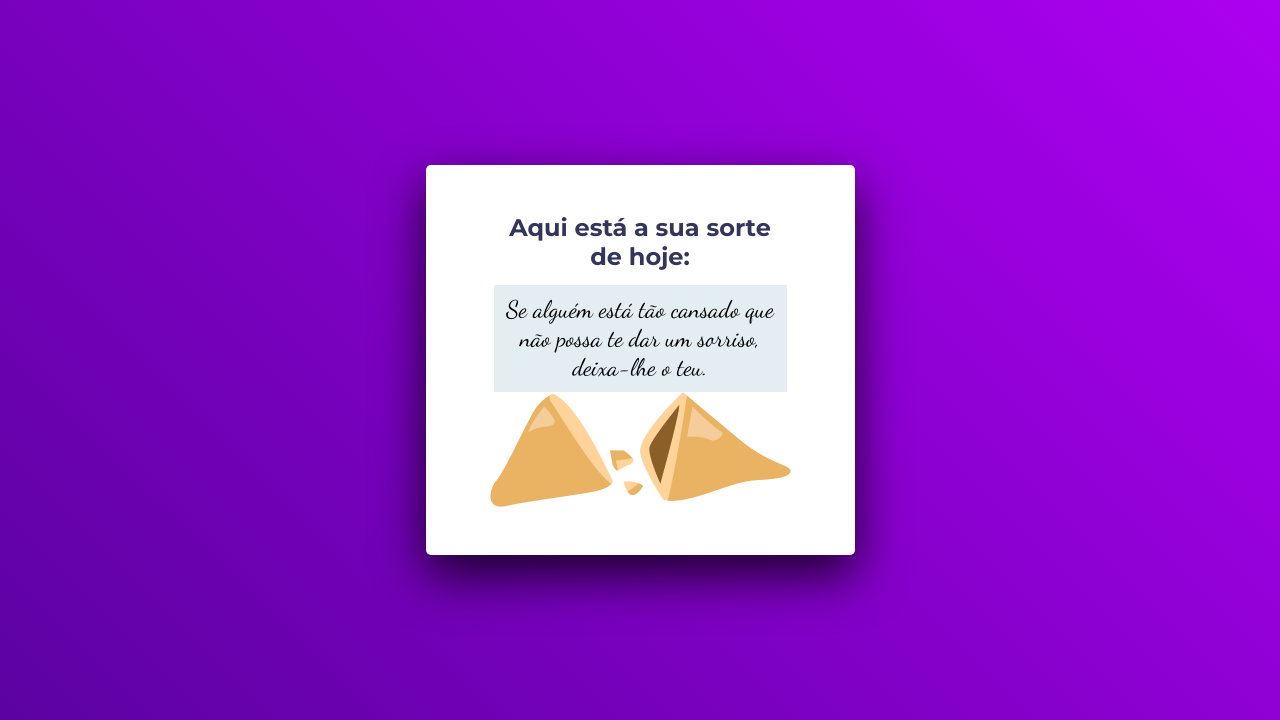
Repository: caueenrico/cookieCoach
Page: index.html
These files come from the project's save history. The page is drawn as it stood at one moment and after the next save; the edit follows.
The browser window is 1280 px wide. The pictures show the whole page.

Above is the page before, as saved 2023-06-27 16:47:22.

After the next save:
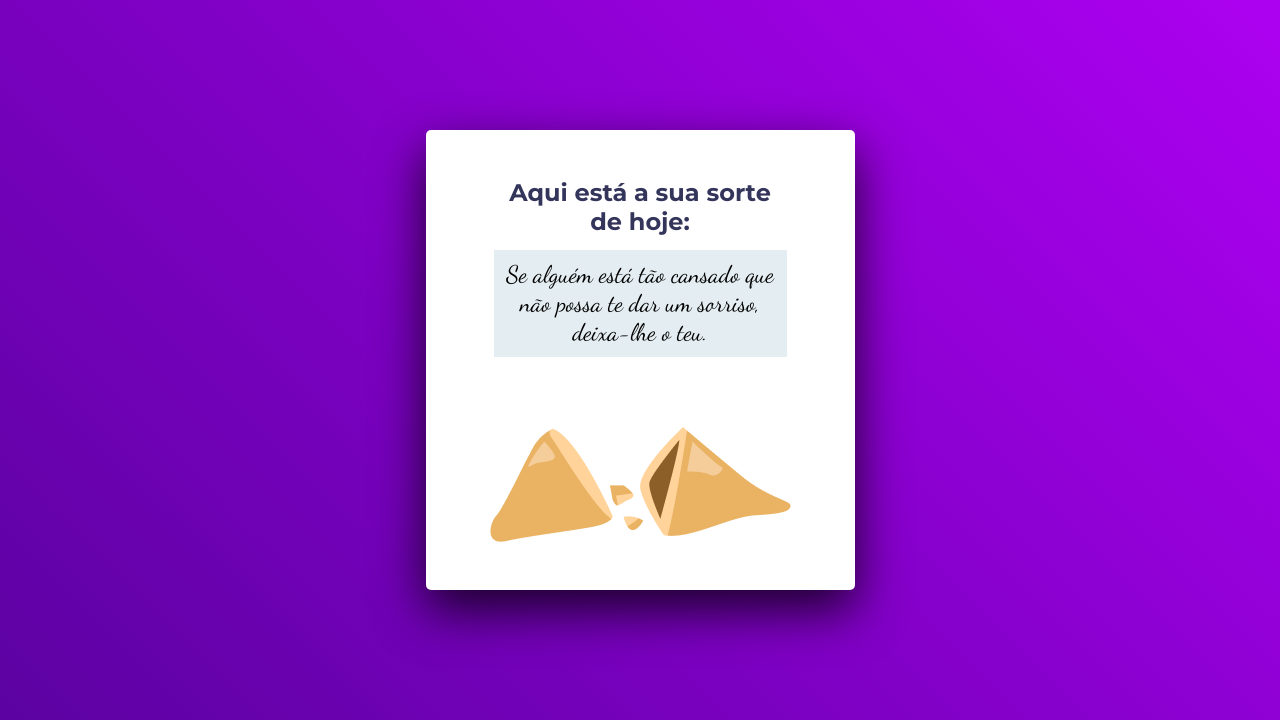
Saved 19 s later.
--- a/style.css
+++ b/style.css
@@ -112,7 +112,7 @@ span {
   font-family: Dancing Script;
   color: #000;
 
-  margin-bottom: ;
+  margin-bottom: 7.0rem;
 }
 
 .abriu{
